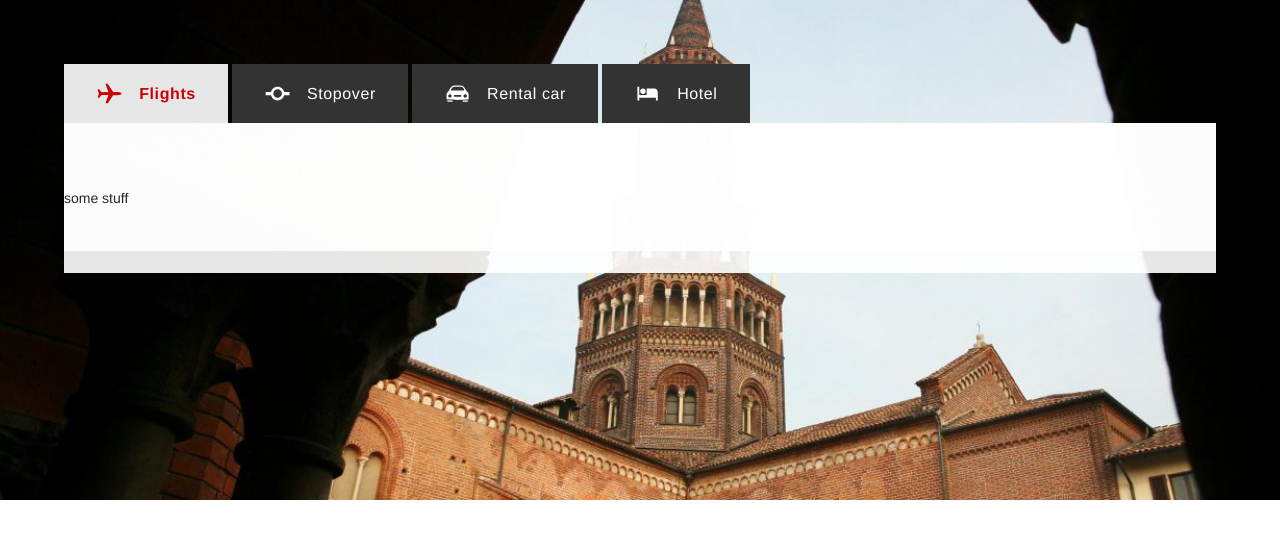
Repository: guidogr95/Everymundo-Excercise
Page: /
The author's editor kept a copy of each file at every save. The page is drawn from the files as they stood at one save, then again after the next save.
The browser window is 1280 px wide. The pictures show the whole page.
The project was rebuilt for these pictures with package versions that can differ from the ones it lists, and the page was loaded fresh each time.

Above is the page before, as saved 2021-06-30 21:44:32.

After the next save:
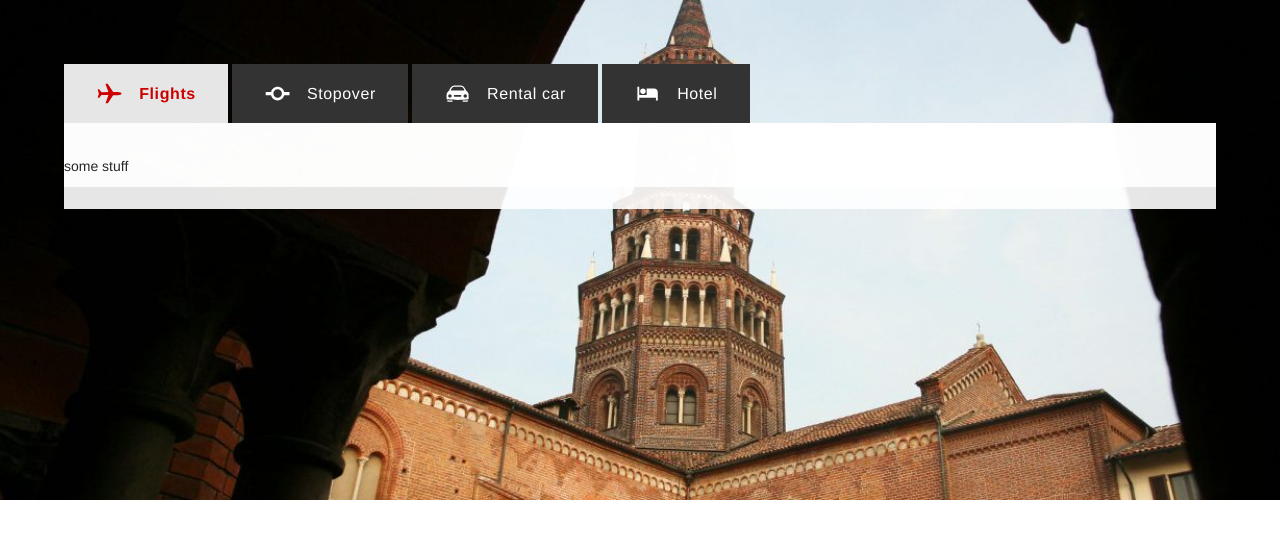
Saved 85 s later.
--- a/src/components/BookingMask/bookingmask.scss
+++ b/src/components/BookingMask/bookingmask.scss
@@ -33,7 +33,7 @@
     top: 0;
     left: 0;
     right: 0;
-    padding: 4rem 0;
+    padding: 2rem 0;
     background-color: $color-active-tab-bg;
     display: none;
     &.active {
